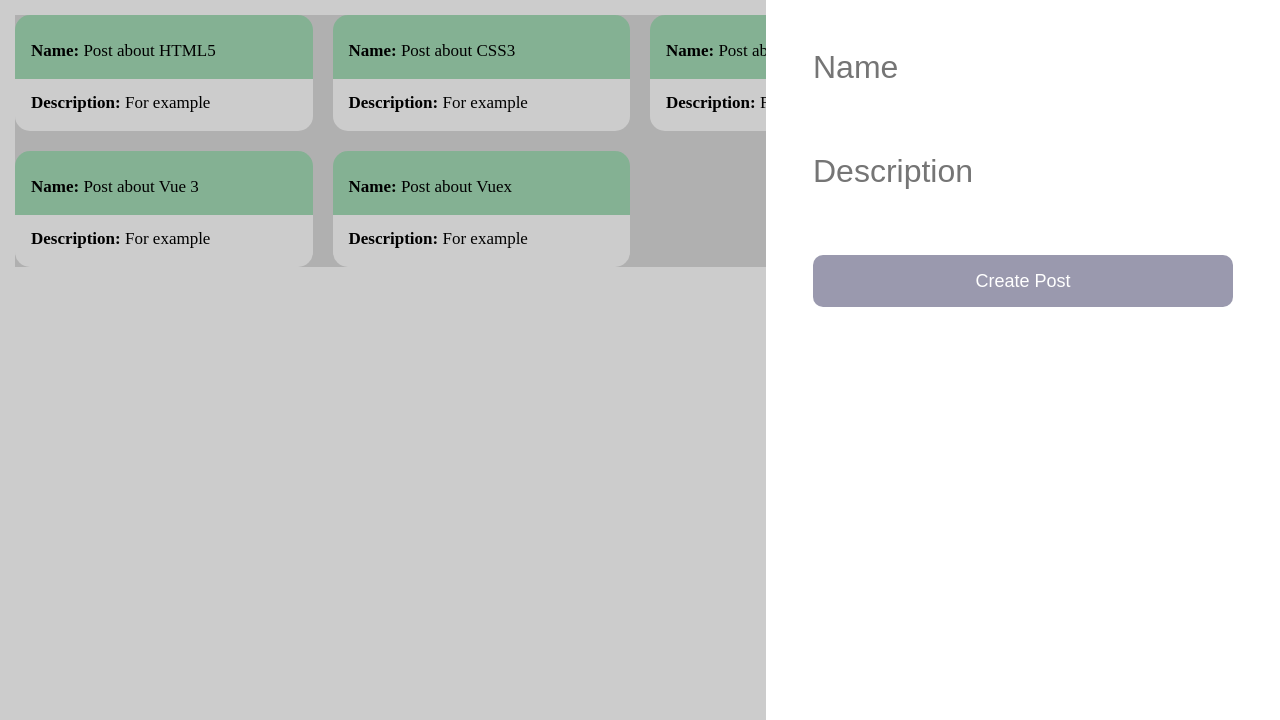
Repository: Axeliriya/vue-todo
Page: /
The author's editor kept a copy of each file at every save. The page is drawn from the files as they stood at one save, then again after the next save.
The browser window is 1280 px wide. The pictures show the whole page.
The project was rebuilt for these pictures with package versions that can differ from the ones it lists, and the page was loaded fresh each time. Also part of the build but not shown: vue.config.js.

Above is the page before, as saved 2022-04-01 17:41:01.

After the next save:
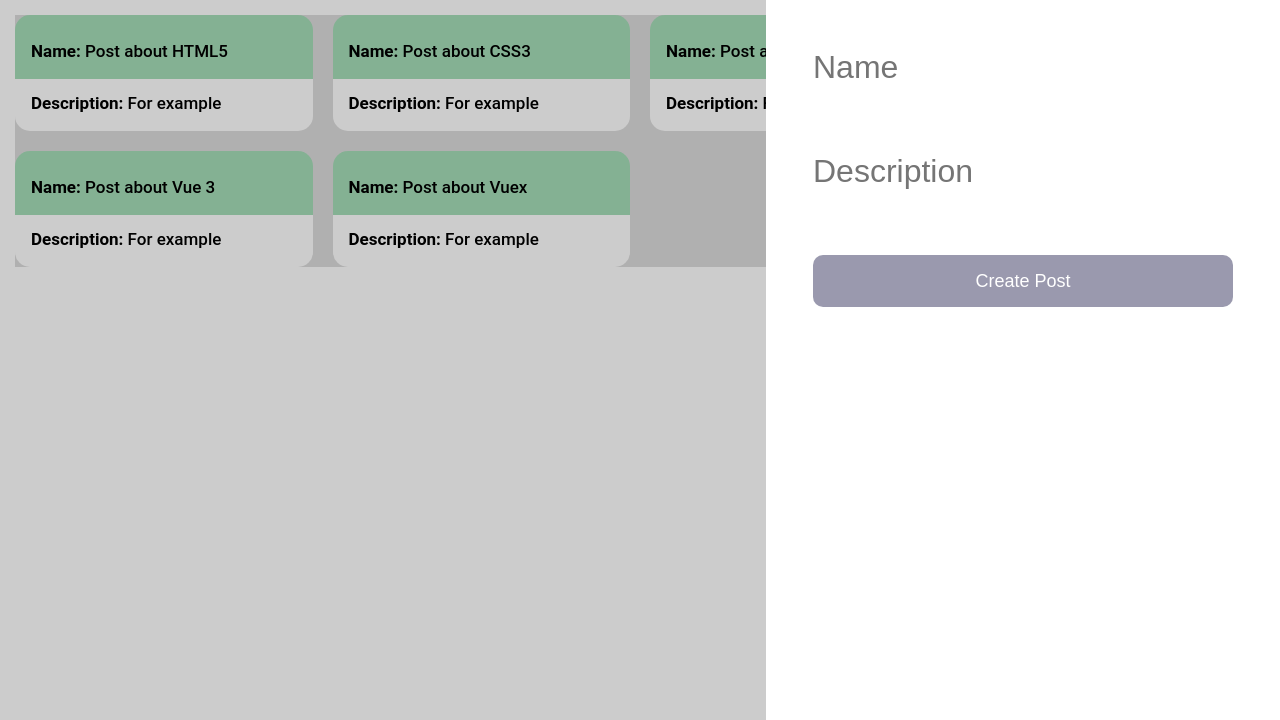
Saved 83 s later.
--- a/src/App.vue
+++ b/src/App.vue
@@ -45,6 +45,10 @@ export default {
   margin: 0;
   padding: 0;
   box-sizing: border-box;
+}
+
+body {
+  font-family: 'Roboto', sans-serif;
 }
 
 ul {
